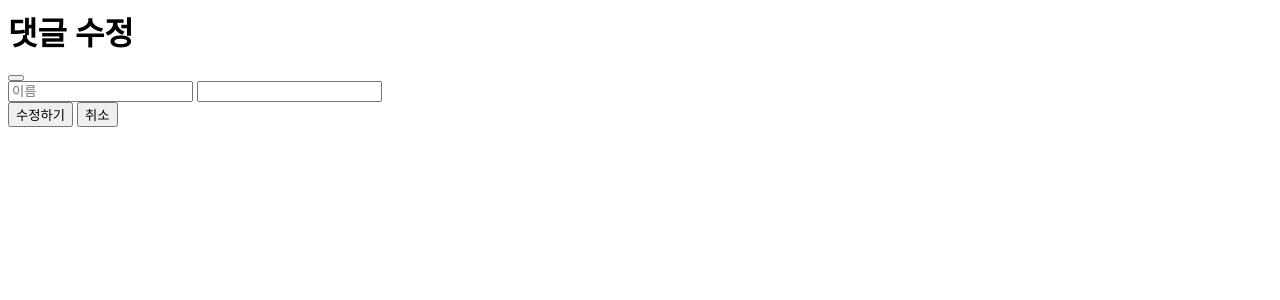
Repository: Seoptrike/jsp
Page: http://localhost/ex04/bbs/modal_update.jsp
The author's editor kept a copy of each file at every save. The page is drawn from the files as they stood at one save, then again after the next save.
The browser window is 1280 px wide. The pictures show the whole page.
The page is served by Tomcat 9. Other server files are loaded and not shown.

Above is the page before, as saved 2024-05-03 10:30:49.

### jsp/ex04/src/main/webapp/bbs/modal_update.jsp
<%@ page language="java" contentType="text/html; charset=UTF-8"
    pageEncoding="UTF-8"%>

<div class="modal fade" id="modalUpdate" data-bs-backdrop="static" data-bs-keyboard="false" tabindex="-1" aria-labelledby="staticBackdropLabel" aria-hidden="true">
  <div class="modal-dialog">
    <div class="modal-content">
      <div class="modal-header">
        <h1 class="modal-title fs-5" id="staticBackdropLabel">댓글 수정</h1>
        <button type="button" class="btn-close" data-bs-dismiss="modal" aria-label="Close"></button>
      </div>
        <div class="modal-body w-100">

     		<input id="writer" class="form-control mb-2" placeholder="이름" value="${user.uname}">
       		<input id="contents" class="form-control mb-2"  value="${user.phone}">
      </div>
      <div class="modal-footer">
      	<button type="button" class="btn btn-primary">수정하기</button>
        <button type="button" class="btn btn-secondary" data-bs-dismiss="modal">취소</button>
      </div>
    </div>
  </div>
</div>

After the next save:
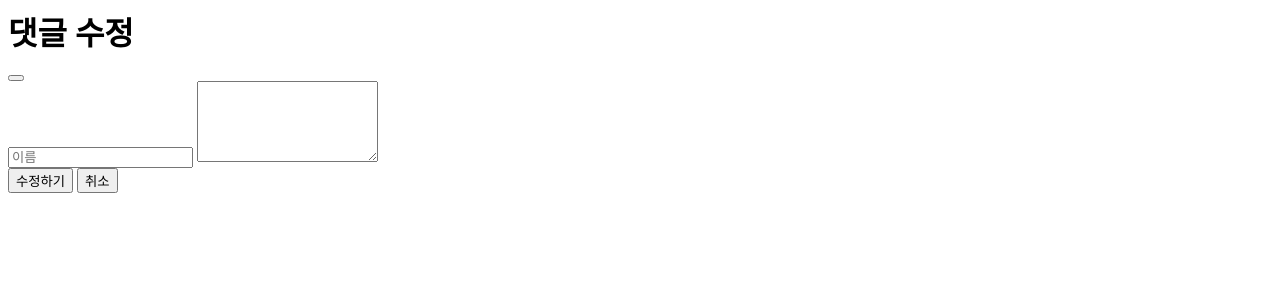
Saved 66 s later.
--- a/jsp/ex04/src/main/webapp/bbs/modal_update.jsp
+++ b/jsp/ex04/src/main/webapp/bbs/modal_update.jsp
@@ -11,7 +11,7 @@
         <div class="modal-body w-100">
 
      		<input id="writer" class="form-control mb-2" placeholder="이름" value="${user.uname}">
-       		<input id="contents" class="form-control mb-2"  value="${user.phone}">
+       		<textarea id="contents" rows="5" class="form-control"></textarea>
       </div>
       <div class="modal-footer">
       	<button type="button" class="btn btn-primary">수정하기</button>
